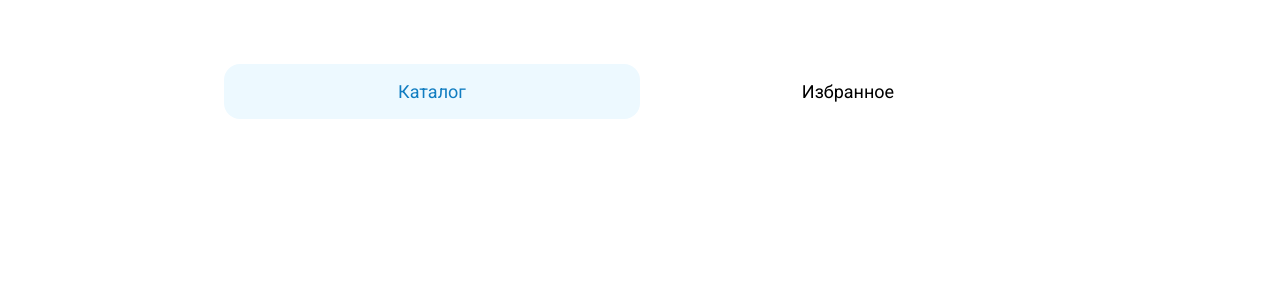
Repository: AnnaLink22/test
Page: pages/index.html
The author's editor kept a copy of each file at every save. The page is drawn from the files as they stood at one save, then again after the next save.
The browser window is 1280 px wide. The pictures show the whole page.
After loading, the first visible `button.content__switch_type_chosen` was clicked once.
The page's requests for data from a server got no answer.

Above is the page before, as saved 2021-11-02 16:56:56.

### pages/index.html
<!DOCTYPE html>
<html lang="en">

<head>
  <meta charset="UTF-8">
  <meta http-equiv="X-UA-Compatible" content="IE=edge">
  <meta name="viewport" content="width=device-width, initial-scale=1.0">
  <link rel="preconnect" href="https://fonts.googleapis.com">
  <link rel="preconnect" href="https://fonts.gstatic.com" crossorigin>
  <link href="https://fonts.googleapis.com/css2?family=Roboto:wght@400;500&display=swap" rel="stylesheet">
  <link rel="stylesheet" href="./index.css" >
  <title>Albums</title>
</head>

<body>
  <div class="page">
    <main class="content">
      <div class="content__column">
        <button class="content__switch content__switch_active content__switch_type_catalog">Каталог</button>
        <button class="content__switch content__switch_type_chosen">Избранное</button>
      </div>
    </main>

    <div class="popup">
      <button type="button" class="popup__close-btn"></button>
      <img src="#" alt="" class="popup__pic">
    </div>

  </div>

  <template class="error__template">
    <div class="error">
      <img src="" alt="" class="error__pic">
      <h3 class="error__title">Список избранного пуст</h3>
      <p class="error__subtitle">Добавляйте изображения, нажимая на звездочки</p>
    </div>
  </template>

  <template class="preloader__template">
    <div class="preloader"></div>
  </template>

  <template class="chosen__template">
    <section class="chosen">
      <ul class="chosen__list">
      </ul>
    </section>
  </template>

  <template class="users__template">
    <section class="users">
      <ul class="users__list">
      </ul>
    </section>
  </template>

  <template class="user__template">
    <li class="user">
      <div class="user__container">
        <button class="user__plus"></button>
        <h4 class="user__name"></h4>
      </div>
    </li>
  </template>

  <template class="album__template">
    <li class="album">
      <div class="album__container">
        <button class="album__plus"></button>
        <h5 class="album__name"></h5>
      </div>
    </li>
  </template>

  <template class="pics__template">
    <li class="pic">
      <button class="pic__star"></button>
      <img src="" alt="" class="pic__img">
      <span class="pic__name"></span>
    </li>
  </template>

  <script type="module" src="../scripts/index.js"></script>

</body>

</html>

### pages/index.css
@import url('../vendor/normalize.css');
@import url('../blocks/page/page.css');
@import url('../blocks/content/content.css');
@import url('../blocks/content/__column/content__column.css');
@import url('../blocks/content/__switch/content__switch.css');
@import url('../blocks/users/__list/users__list.css');
@import url('../blocks/user/user.css');
@import url('../blocks/user/__container/user__container.css');
@import url('../blocks/user/__name/user__name.css');
@import url('../blocks/user/__plus/user__plus.css');
@import url('../blocks/popup/popup.css');
@import url('../blocks/popup/_opened/popup_opened.css');
@import url('../blocks/albums/__list/albums__list.css');
@import url('../blocks/album/album.css');
@import url('../blocks/album/__plus/album__plus.css');
@import url('../blocks/album/__container/album__container.css');
@import url('../blocks/album/__name/album__name.css');
@import url('../blocks/pic/pic.css');
@import url('../blocks/pic/__img/pic__img.css');
@import url('../blocks/pic/__star/pic__star.css');
@import url('../blocks/pic/__list/pics__list.css');
@import url('../blocks/pic/__name/pic__name.css');
@import url('../blocks/pic/__name/_visible/pic__name_visible.css');
@import url('../blocks/pic/__name/_type/pic__name_type_chosen.css');
@import url('../blocks/pic/__name/_type/pic__name_type_catalog.css');
@import url('../blocks/popup/__close-btn/popup__close-btn.css');
@import url('../blocks/chosen/chosen.css');
@import url('../blocks/chosen/__list/chosen__list.css');

### scripts/index.js
import { Api } from '../components/Api.js';
import { Section } from '../components/Section.js';
import { User } from '../components/User.js';
import { Pic } from '../components/Pic.js';

const api = new Api({
  url:'https://json.medrating.org/',
  headers: {
    'Content-Type': 'application/json'
  }
})



api
  .getUsers()
  .then((data) => {
    usersSection.generateSection();
    usersSection.renderElements(data);
  })
  .catch((err) => {console.log(err)}
);

const handleSaveDeletePic = selectedPic => {
  const initialChosenPics = JSON.parse(localStorage.getItem('chosen')) ?? [];
  const filteredChosenPics = initialChosenPics.filter(pic => pic.id !== selectedPic._id);

  if (initialChosenPics.length === filteredChosenPics.length) {
      filteredChosenPics.push(selectedPic);
  }

  localStorage.setItem('chosen', JSON.stringify(filteredChosenPics));
};


const usersSection = new Section( (user) => {
  usersSection.addEl(createUser(user));
  }
  , '.users__list', '.users', '.users__template'
);

const chosenSection = new Section( (pic) => {
  chosenSection.addEl(createChosenPic(pic));
  }
  , '.chosen__list', '.chosen', '.chosen__template'
);


const switchToChosen = () => {
  if (localStorage.getItem('chosen')) {
    const chosenPics = JSON.parse(localStorage.getItem('chosen'));
    usersSection.removeSection();
    chosenSection.generateSection();
    chosenSection.renderElements(chosenPics);
  }
}

const switchToCatalog = () => {
  api
  .getUsers()
  .then((data) => {
    chosenSection.removeSection();
    usersSection.generateSection();
    usersSection.renderElements(data);
  })
  .catch((err) => {console.log(err)}
)}


const chosenBtn = document.querySelector('.content__switch_type_chosen');
chosenBtn.addEventListener('click', () => {
  console.log('click');
  switchToChosen();
});

const catalogBtn = document.querySelector('.content__switch_type_catalog');
catalogBtn.addEventListener('click', () => {
  console.log('click2');
  switchToCatalog();
});

const createUser = (data) => {
  const user = new User(data, api, handleSaveDeletePic);
  const userElement = user.generateUser();
  return userElement;
}

const createChosenPic = (picture) => {
  const pic = new Pic(picture, picture._userId, true);
  const picElement = pic.generatePic();
  return picElement;
}

### blocks/page/page.css
.page {
  width: 100vw;
  background-color: #FFFFFF;
  font-family: 'Roboto', sans-serif;
  margin: 0;
  color: #1C1C1C;
}

### blocks/content/content.css
.content {
  width: 65%;
  margin: 64px auto 126px;
}

### blocks/content/__column/content__column.css
.content__column {
  width: 100%;
  display: flex;
}

### blocks/content/__switch/content__switch.css
.content__switch {
  width: 50%;
  min-height: 55px;
  background-color: transparent;
  border-radius: 16px;
  border: none;
  padding: 0;
  margin: 0;
  font-size: 18px;
  line-height: 1.3;
  font-weight: 400;
}

.content__switch_active {
  background-color: #EDF9FF;
  color: #117DC1;
}

### blocks/users/__list/users__list.css
.users__list {
  list-style: none;
  padding: 0;
  margin: 16px 0 0;
}

### blocks/user/user.css
.user {
  display: flex;
  padding: 24px 0;
  justify-content: center;
  flex-direction: column;
}

### blocks/user/__container/user__container.css
.user__container {
  display: flex;
  align-items: center;
}

### blocks/user/__name/user__name.css
.user__name {
  margin: 0;
  font-weight: 500;
  font-size: 22px;
  line-height: 1.3;
}

### blocks/user/__plus/user__plus.css
.user__plus {
  background-image: url('../../../images/plus.svg');
  background-position: center;
  background-repeat: no-repeat;
  width: 32px;
  height: 32px;
  background-color: #117DC1;
  padding: 0;
  box-sizing: border-box;
  border: none;
  border-radius: 50%;
  margin-right: 24px;
}

.user__plus_opened {
  background-image: url('../../../images/minus.svg');
}

### blocks/popup/popup.css
.popup {
  width: 100vw;
  height: 100vh;
  z-index: 2;
  position: fixed;
  top: 0;
  left: 0;
  display: flex;
  visibility: hidden;
  opacity: 0;
  transition: visibility 0.5s, opacity 0.5s linear;
  justify-content: center;
  align-items: center;
  background-color: rgba(0, 0, 0, 0.5);
}

### blocks/albums/__list/albums__list.css
.albums__list {
  display: flex;
  flex-direction: column;
  list-style: none;
  padding-left: 56px;
}

### blocks/album/album.css
.album {
  display: flex;
  padding: 24px 0;
  justify-content: center;
  flex-direction: column;
  width: 77%;
}

### blocks/album/__plus/album__plus.css
.album__plus {
  background-image: url('../../../images/plus.svg');
  background-position: center;
  background-repeat: no-repeat;
  width: 32px;
  height: 32px;
  background-color: #117DC1;
  padding: 0;
  box-sizing: border-box;
  border: none;
  border-radius: 50%;
  margin-right: 24px;
}

.album__plus_opened {
  background-image: url('../../../images/minus.svg');
}

### blocks/album/__container/album__container.css
.album__container {
  display: flex;
  align-items: center;
}

### blocks/album/__name/album__name.css
.album__name {
  margin: 0;
  font-weight: 400;
  font-size: 18px;
  line-height: 1.3;
}

### blocks/pic/pic.css
.pic {
  display: flex;
  position: relative;
  max-width: 150px;
  flex-direction: column;
}

### blocks/pic/__img/pic__img.css
.pic__img {
  border-radius: 4px;
}

### blocks/pic/__star/pic__star.css
.pic__star {
  position: absolute;
  top: 8px;
  right: 8px;
  border: none;
  background-color: transparent;
  width: 32px;
  height: 32px;
  background-image: url('../../../images/star_empty.png');
  background-position: center;
  background-repeat: no-repeat;
  background-size: contain;
}

.pic__star_active {
  background-image: url('../../../images/star_active.png');
}

### blocks/pic/__list/pics__list.css
.pics__list {
  list-style: none;
  display: grid;
  grid-template-rows: repeat(2, 1fr);
  grid-template-columns: repeat(3, 1fr);
  gap: 42px;
  padding: 0;
  margin: 32px auto 8px;
}

### blocks/pic/__name/pic__name.css
.pic__name {
  width: 150px;
  line-height: 1.3;
  z-index: 120;
  visibility: hidden;
  opacity: 0;
}

### blocks/pic/__name/_visible/pic__name_visible.css
.pic__name_visible {
  visibility: visible;
  opacity: 1;
  position: absolute;
  display: flex;
  align-items: center;
  bottom: -25px;
  left: 20px;
  background-color: rgba(0, 0, 0, 0.69);
  color: #FFFFFF;
  border-radius: 4px;
  padding: 4px 8px;
  height: 56px;
  font-size: 12px;
}

### blocks/pic/__name/_type/pic__name_type_chosen.css
.pic__name_type_chosen {
  visibility: visible;
  opacity: 1;
  color: #787878;
  font-size: 14px;
  line-height: 1.5;
  display: flex;
  align-items: start;
  padding-top: 12px;
}

### blocks/popup/__close-btn/popup__close-btn.css
.popup__close-btn {
  position: absolute;
  top: 32px;
  right: 40px;
  background-image: url('../../../images/close.svg');
  background-repeat: no-repeat;
  background-position: center;
  background-color: transparent;
  border: none;
  width: 24px;
  height: 24px;
}

### blocks/chosen/chosen.css
.chosen {
  width: 72%;
  margin: 0 auto;
}

### blocks/chosen/__list/chosen__list.css
.chosen__list {
  list-style: none;
  display: grid;
  grid-template-rows: repeat(2, 1fr);
  grid-template-columns: repeat(3, 1fr);
  gap: 42px;
  padding: 0;
  margin: 56px auto;
}

### components/Api.js
const onError = (res) => {
  if(res.ok) {
    return res.json();
  }
  return Promise.reject(`Ошибка: ${res.status}`);
}

export class Api {

  constructor(config) {
    this._url = config.url;
  }

  getUsers() {
    return fetch(`${this._url}users`, {
      method: 'GET',
      headers: this._headers
    }).then(onError)
  }

  getAlbums(userId) {
    return fetch(`${this._url}albums/?userId=${userId}`, {
      method: 'GET',
      headers: this._headers
    }).then(onError)
  }

  getPics(albumId) {
    return fetch(`${this._url}photos/?albumId=${albumId}`, {
      method: 'GET',
      headers: this._headers
    }).then(onError)
  }

}

### components/Section.js
export class Section {
  constructor(renderer, listSelector, sectionSelector, templateSelector) {
    this._renderer = renderer;
    this._listSelector = listSelector;
    this._sectionSelector = sectionSelector;
    this._templateSelector = templateSelector;
  }
  renderElements(elements) {
      elements.forEach(el => {
      this._renderer(el);
      })
  }


  addEl(el) {
    document.querySelector(this._listSelector).append(el);
  }

  removeSection() {
    this._element.remove();
  }



  _getTemplate() {
    const sectionElement = document
      .querySelector(this._templateSelector).content
      .querySelector(this._sectionSelector)
      .cloneNode(true);

    return sectionElement;
  };

  generateSection() {
    this._element = this._getTemplate();
    document.querySelector('.content').append(this._element);
  };

}

### components/User.js
import { Album } from "./Album.js";

export class User {
  constructor(user, api) {
    this._user = user;
    this._name = user.name;
    this._userId = user.id;
    this._api = api;
  }

  _getTemplate() {
    const userElement = document
      .querySelector('.user__template').content
      .querySelector('.user')
      .cloneNode(true);

    return userElement;
  };

  _addAlbum(data) {
    const album = new Album(data, this._api, this._handleSaveDeletePic);
    const albumElement = album.generateAlbum();
    return albumElement;
  };

  _handleOpen() {
    this._albumsContainer = document.createElement('ul');
    this._albumsContainer.classList.add('albums__list');
    this._api.getAlbums(this._userId)
    .then((data) => {
      data.map((item) => {
        this._albumsContainer.append(this._addAlbum(item));
      })
      this._element.append(this._albumsContainer);
    })
    .catch((err) => {console.log(err)});
  };

  _handleClose() {
    this._albumsContainer.remove();
  }

  _setEventListeners() {
    const plusBtn = this._element.querySelector('.user__plus');
    plusBtn.addEventListener('click', () => {
      if (plusBtn.classList.contains('user__plus_opened')) {
        this._handleClose();
        plusBtn.classList.remove('user__plus_opened');
      } else {
        this._handleOpen();
        plusBtn.classList.add('user__plus_opened');
      }
    });
  };

  generateUser() {
    this._element = this._getTemplate();
    this._setEventListeners();
    this._element.querySelector('.user__name').textContent = this._name;
    return this._element;
  };

}

### components/Pic.js
import { Popup } from "./Popup.js";

export class Pic {
  constructor(data, userId, chosen) {
    this._pic = data;
    this._title = data.title;
    this._id = data.id;
    this._albumId = data.albumId;
    this._thumbnailUrl = data.thumbnailUrl;
    this._url = data.url;
    this._popup = new Popup();
    this._userId = userId;
    this.favorite = data.favorite;
    this.chosen = chosen;
  }


  _getTemplate() {
    const picElement = document
      .querySelector('.pics__template').content
      .querySelector('.pic')
      .cloneNode(true);
    return picElement;
  };

  _handleSaveDeletePic() {
    const initialChosenPics = JSON.parse(localStorage.getItem('chosen')) ?? [];
    const filteredChosenPics = initialChosenPics.filter(pic => pic.id !== this._id);

    if (initialChosenPics.length === filteredChosenPics.length) {
        filteredChosenPics.push(this._pic);
    }
    if (this.chosen) {
      this._element.remove();
    }
    localStorage.setItem('chosen', JSON.stringify(filteredChosenPics));
  };

  _toggleLike() {
    if (this._picStar.classList.contains('pic__star_active')) {
      this._picStar.classList.remove('pic__star_active')
    } else {
      this._picStar.classList.add('pic__star_active');
    }
    this._handleSaveDeletePic();
  }

  _handleOpen() {
    this._popup.openPopup(this._url, this._title);
  }

  _handleClose() {
    this._popup.closePopup();
  }

  _toggleTitle() {
    this._picTitle = this._element.querySelector('.pic__name');
    if (this._picTitle.classList.contains('pic__name_visible')) {
      this._picTitle.classList.remove('pic__name_visible');
      this._picTitle.textContent = '';
    } else {
      this._picTitle.classList.add('pic__name_visible');
      this._picTitle.textContent = this._title;
    }
  }

  _setEventListeners() {
    this._popup.setEventListeners();
    this._element.addEventListener('click', (evt) => {
      if (evt.target.classList.contains('pic__star')) {
        this._toggleLike();
      } else {
        this._handleOpen();
      }
    });
    if (!this.chosen) {
      this._element.addEventListener('mouseenter', () => {
        this._toggleTitle()
      });
      this._element.addEventListener('mouseleave', () => {
        this._toggleTitle()
      });
    } else {
      this._picTitle = this._element.querySelector('.pic__name');
      this._picTitle.classList.add('pic__name_type_chosen');
      this._picTitle.textContent = this._title;
    }
  };

  generatePic() {
    this._element = this._getTemplate();
    this._picStar = this._element.querySelector('.pic__star');
    if (this.favorite || this.chosen) {
      this._picStar.classList.add('pic__star_active');
    }
    this._setEventListeners();
    const img = this._element.querySelector('.pic__img');
    img.src = this._thumbnailUrl;
    img.alt = this._title;
    return this._element;
  };

}

### components/Popup.js
export class Popup {
  constructor() {
    this._popup = document.querySelector('.popup');
    this._img = this._popup.querySelector('.popup__pic');
  }

  openPopup(url, name) {
    this._popup.classList.add('popup_opened');
    this._img.src = url;
    this._img.alt = name;
  }

  closePopup() {
    this._popup.classList.remove('popup_opened');
  }


  setEventListeners() {
    this._popup.addEventListener('click', (evt) => {
      if (evt.target.classList.contains('popup_opened') || evt.target.classList.contains('popup__close-btn')) {
        this.closePopup();
      }
    });
  }
}

### components/Album.js
import { Pic } from "./Pic.js";

export class Album {
  constructor(album, api) {
    this._album = album;
    this._title = album.title;
    this._api = api;
    this._albumId = album.id;
    this._userId = album.userId;
  }


  _getTemplate() {
    const albumElement = document
      .querySelector('.album__template').content
      .querySelector('.album')
      .cloneNode(true);

    return albumElement;
  }

  _addPic(data) {
    const pic = new Pic(data, this._userId);
    const picElement = pic.generatePic();
    return picElement;
  }

  _getChosenPictures() {
    return JSON.parse(localStorage.getItem('chosen')) ?? [];
  }

  _handleOpen() {
    this._picsContainer = document.createElement('ul');
    this._picsContainer.classList.add('pics__list');
    const pictures = this._api.getPics(this._albumId);
    const chosenPictures = this._getChosenPictures();

    pictures
    .then(pictures => {
      pictures.forEach(picture => {
        const isFavorite = chosenPictures.some((pic) => pic.id === picture.id)

        picture.favorite = isFavorite;

        this._picsContainer.append(this._addPic(picture));
      })
      this._element.append(this._picsContainer);
    })
    .catch((err) => {console.log(err)});
  }

  _handleClose() {
    this._picsContainer.remove();
  }

  _setEventListeners() {
    const plusBtn = this._element.querySelector('.album__plus');
    plusBtn.addEventListener('click', () => {
      if (plusBtn.classList.contains('album__plus_opened')) {
        this._handleClose();
        plusBtn.classList.remove('album__plus_opened');
      } else {
        this._handleOpen();
        plusBtn.classList.add('album__plus_opened');
      }
    });
  };

  generateAlbum() {
    this._element = this._getTemplate();
    this._setEventListeners();
    this._element.querySelector('.album__name').textContent = this._title;
    return this._element;
  };

}

Loaded but not shown: vendor/normalize.css (library); blocks/popup/_opened/popup_opened.css (common file); blocks/pic/__name/_type/pic__name_type_catalog.css (no stored copy; drawn as an empty file)

After the next save:
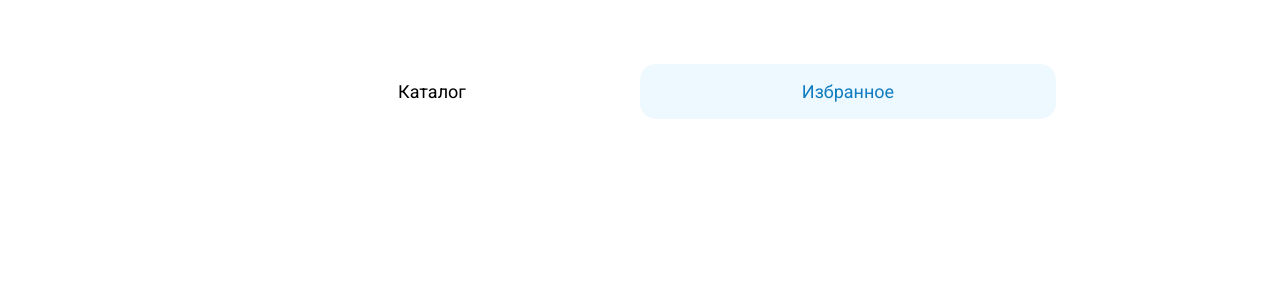
Saved 3 min 45 s later.
--- a/scripts/index.js
+++ b/scripts/index.js
@@ -69,13 +69,15 @@ const switchToCatalog = () => {
 
 const chosenBtn = document.querySelector('.content__switch_type_chosen');
 chosenBtn.addEventListener('click', () => {
-  console.log('click');
+  catalogBtn.classList.remove('content__switch_active');
+  chosenBtn.classList.add('content__switch_active');
   switchToChosen();
 });
 
 const catalogBtn = document.querySelector('.content__switch_type_catalog');
 catalogBtn.addEventListener('click', () => {
-  console.log('click2');
+  chosenBtn.classList.remove('content__switch_active');
+  catalogBtn.classList.add('content__switch_active');
   switchToCatalog();
 });
 
